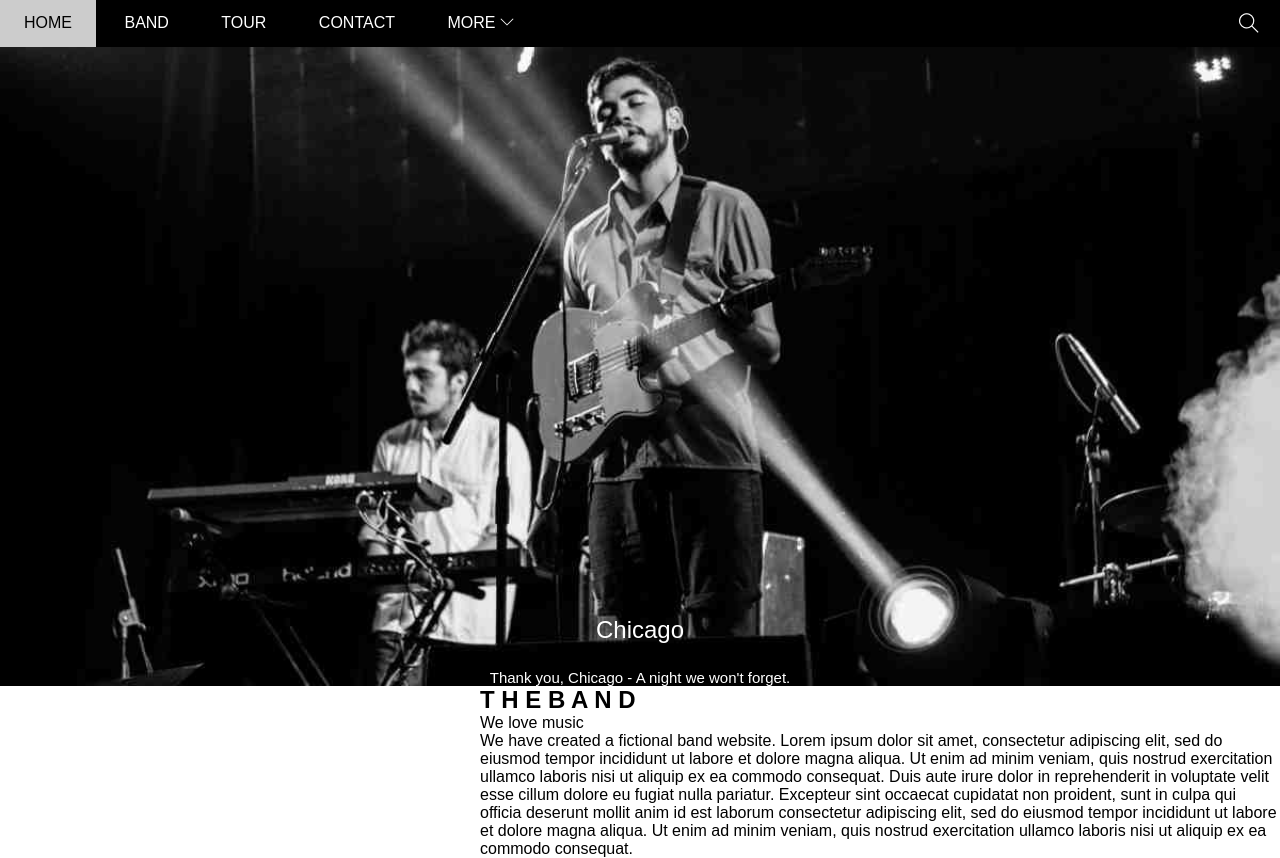
Repository: Thanhtrunghoang123/the-band
Page: index.html
These files come from the project's save history. The page is drawn as it stood at one moment and after the next save; the edit follows.
The browser window is 1280 px wide. The pictures show the whole page.

Above is the page before, as saved 2022-07-20 22:56:55.

After the next save:
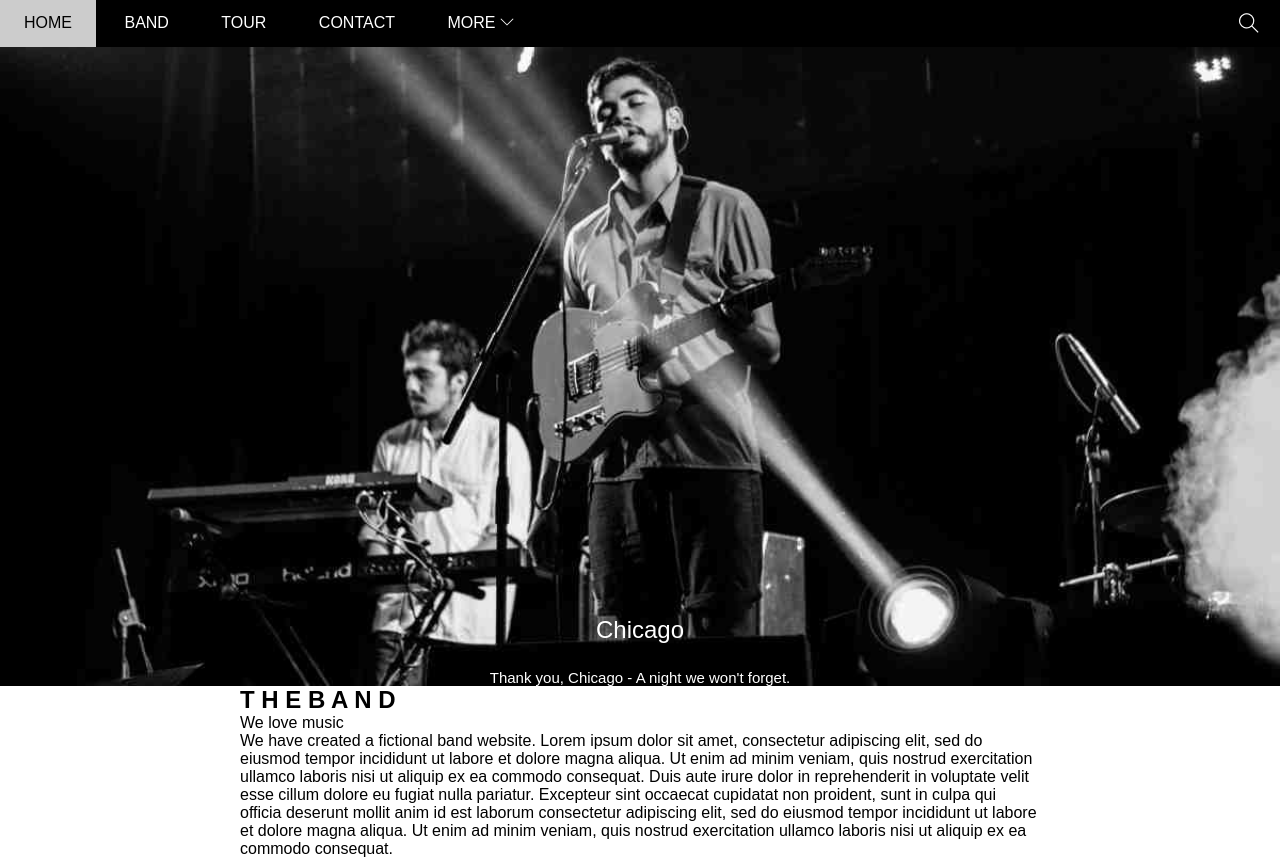
Saved 19 s later.
--- a/assest/css/style.css
+++ b/assest/css/style.css
@@ -119,7 +119,7 @@ html{
 #content .content-section{
     width: 800px;
     margin-left: auto;
-    margin-top: auto;
+    margin-right: auto;
 }
 #footer{
 
